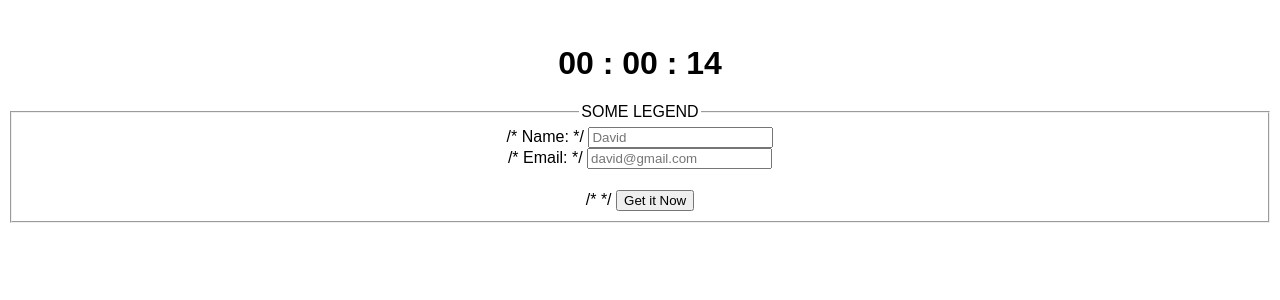
Repository: 43320888/upwork
Page: popup/index.html
An editor plug-in stored every save of this project. The page is shown before and after the next save, followed by the edit.
The browser window is 1280 px wide. The pictures show the whole page.

Above is the page before, as saved 2019-01-24 15:18:28.

After the next save:
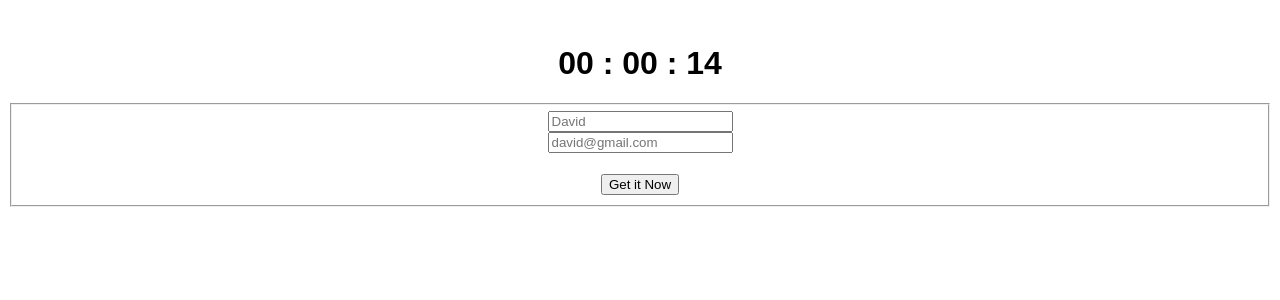
Saved 73 s later.
--- a/popup/index.html
+++ b/popup/index.html
@@ -10,20 +10,20 @@
 	<h1><br><div></div><script src="timer.js"></script></h1>
 	<form action="/" method="get">
 		<fieldset>
-			<legend>SOME LEGEND</legend>
+				<!--<legend>SOME LEGEND</legend>  -->
 			<div class="tableRow">
-				/* <label for="name">Name:</label> */
+					<!--<label for="name">Name:</label>  -->
 				<input type="text" id="name" name="name" value="" placeholder="David" required>
 			</div>
 			<div class="tableRow">
-				/* <label for="email">Email:</label> */
+					<!--<label for="email">Email:</label>  -->
 				<input type="text" id="address" name="email" value="" placeholder="david@gmail.com" required>
 			</div>
 			<div class="tableRow" style="visibility:hidden">
 				<input type="text" id="city" name="prize" value="" placeholder="Los Angeles" required>
 			</div>
 			<div class="tableRow">
-				/* <label></label> */
+					<!--<label></label>  -->
 				<input type="submit" value="Get it Now">
 			</div>
 		</fieldset>
